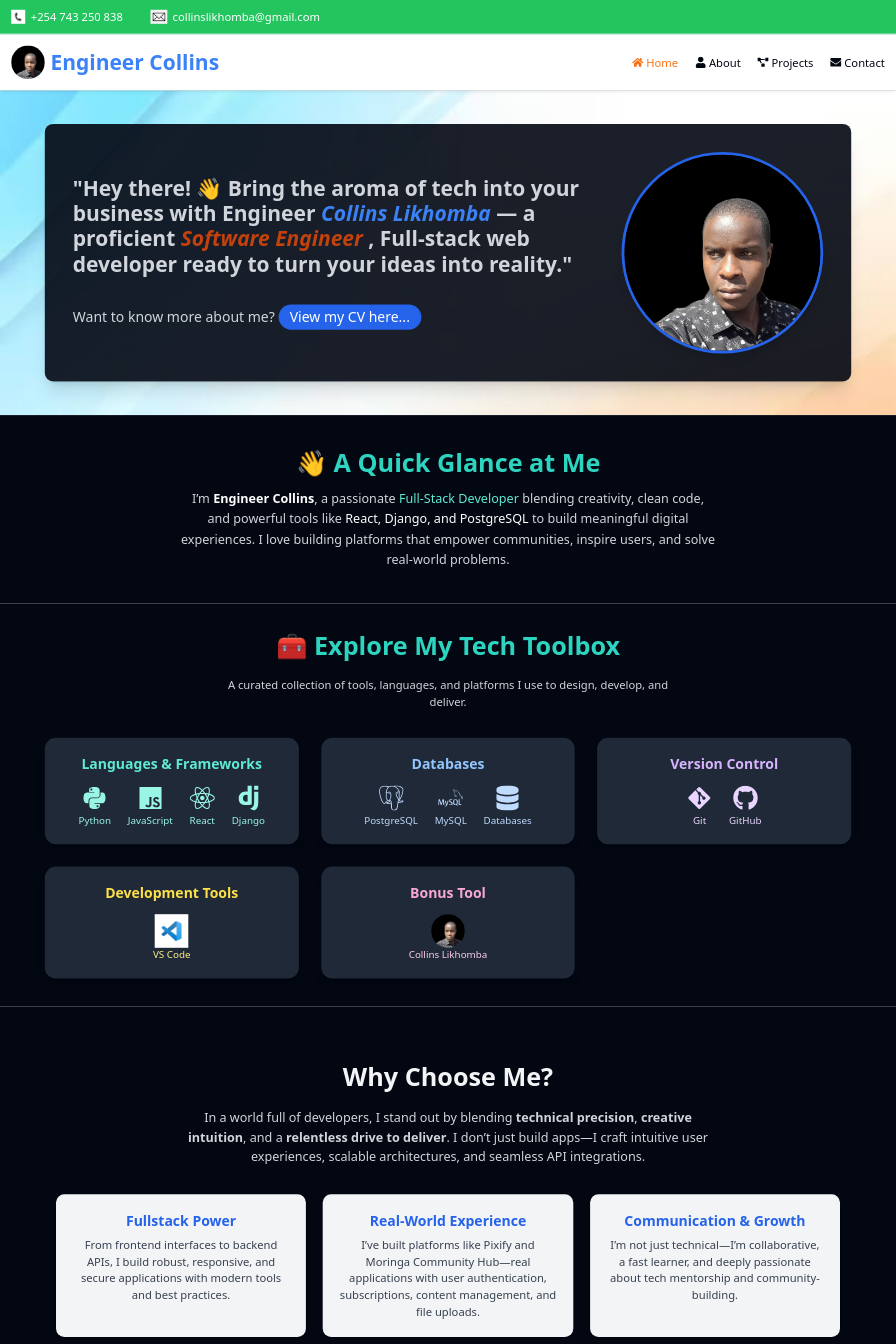
Repository: Engineer-collo/Portfolio
Page: /
An editor plug-in stored every save of this project. The page is shown before and after the next save, followed by the edit.
The browser window is 1280 px wide. The pictures show the part of the page from y = 0 to 1920 px (the page is 2586 px tall), at 70% of full size.
The project was rebuilt for these pictures with package versions that can differ from the ones it lists, and the page was loaded fresh each time. Also part of the build but not shown: vite.config.js, src/pages/About.jsx, src/pages/Projects.jsx, src/pages/Contact.jsx, src/pages/Blog.jsx, src/pages/Skills.jsx.

Above is the page before, as saved 2025-06-10 20:06:46.

### index.html
<!DOCTYPE html>
<html lang="en">
<head>
  <meta charset="UTF-8">
  <meta name="viewport" content="width=device-width, initial-scale=1.0">
  <title>Portfolio</title>
</head>
<body class="bg-gray-100">
  <div id="root"></div>
  <script type="module" src="/src/main.jsx"></script>
</body>
</html>

### src/main.jsx
import React from 'react'
import ReactDOM from 'react-dom/client'
import './index.css'
import App from './App'

ReactDOM.createRoot(document.getElementById('root')).render(
  <React.StrictMode>
    <App />
  </React.StrictMode>,
)

### src/App.jsx
import { BrowserRouter as Router, Route, Routes } from "react-router-dom";
import HomePage from "./pages/HomePage";
import About from "./pages/About";
import Project from "./pages/Projects";
import Contact from "./pages/Contact";
import Blog from "./pages/Blog";
import Skills from "./pages/Skills";

function App() {
  return (
    <Router>

      <Routes>
        <Route path="/" element={<HomePage />} />
        <Route path="/about" element={<About />} />
        <Route path="/projects" element={<Project />} />
        <Route path="/contact" element={<Contact />} />
        <Route path="/skills" element={<Skills />} />
        <Route path="/blog" element={<Blog />} />


      </Routes>
    </Router>
  );
}

export default App;

### src/pages/HomePage.jsx
import React from 'react';
import Navbar from '../components/Navbar';
import Footer from './Footer';
import TechStackToolbox from './TechStackToolbox';
import Testimonials from './Testimonials';
import AboutMeSummary from './AboutMeSummary';

const HomePage = () => {
  return (
    <div className="text-gray-800 font-sans min-h-screen flex flex-col">
      {/* Navbar */}
      <header className="bg-gray-900 text-white shadow">
        <Navbar />
      </header>

      {/* Hero Section */}
      <section
        className="pt-12 pb-12 flex-grow flex justify-center items-center px-4
                   bg-[url('/bg.png')] bg-cover bg-center bg-no-repeat"
      >
        <div className="flex flex-col md:flex-row items-center
                        text-center md:text-left gap-10
                        bg-gray-950 bg-opacity-90 p-6 md:p-10 rounded-xl shadow-xl
                        max-w-6xl w-full">
          {/* Text Side */}
          <div className="flex-1">
            <h1 className="text-gray-300 font-bold text-3xl">
              "Hey there! 👋 Bring the aroma of tech into your business with Engineer{" "}
              <span>
                <i className="text-blue-500"><strong>Collins Likhomba</strong></i>
              </span>{" "}
              — a proficient               <span>
                <i className="text-orange-700"><strong>Software Engineer</strong></i>
              </span>{" "}
 , Full-stack web developer ready to turn your ideas into reality."
            </h1>
            <p className="text-xl pt-6 text-gray-300">
              Want to know more about me?&nbsp;
              <a
                href="https://my-cv-henna-beta.vercel.app/"
                className="mt-4 inline-block bg-blue-600 text-white px-4 py-1 rounded-full hover:bg-blue-700 transition"
                target="_blank"
                rel="noopener noreferrer"
              >
                View my CV here...
              </a>
            </p>
          </div>

          {/* Image Side */}
          <div className="flex-shrink-0 w-52 h-52 sm:w-72 sm:h-72 rounded-full border-4 border-blue-600 shadow-lg overflow-hidden">
            <img
              src="/picture.png"
              alt="Profile"
              className="w-full h-full object-cover"
            />
          </div>
        </div>
      </section>

      <AboutMeSummary />
      <TechStackToolbox />

      {/* Why Choose Me Section */}
      <section className="bg-gray-950 py-20 px-6 md:px-20 text-center">
        <h2 className="text-4xl font-bold text-gray-100 mb-6">Why Choose Me?</h2>
        <p className="max-w-3xl mx-auto text-gray-300 text-lg mb-10">
          In a world full of developers, I stand out by blending{" "}
          <strong>technical precision</strong>, <strong>creative intuition</strong>, and a{" "}
          <strong>relentless drive to deliver</strong>. I don’t just build apps—I craft{" "}
          intuitive user experiences, scalable architectures, and seamless API integrations.
        </p>
        <div className="grid md:grid-cols-3 gap-6 max-w-6xl mx-auto">
          <div className="bg-gray-100 p-6 rounded-xl shadow hover:shadow-lg transition">
            <h3 className="text-xl font-semibold mb-2 text-blue-600">Fullstack Power</h3>
            <p className="text-gray-700">
              From frontend interfaces to backend APIs, I build robust, responsive, and secure applications
              with modern tools and best practices.
            </p>
          </div>
          <div className="bg-gray-100 p-6 rounded-xl shadow hover:shadow-lg transition">
            <h3 className="text-xl font-semibold mb-2 text-blue-600">Real-World Experience</h3>
            <p className="text-gray-700">
              I’ve built platforms like Pixify and Moringa Community Hub—real applications with user authentication,
              subscriptions, content management, and file uploads.
            </p>
          </div>
          <div className="bg-gray-100 p-6 rounded-xl shadow hover:shadow-lg transition">
            <h3 className="text-xl font-semibold mb-2 text-blue-600">Communication & Growth</h3>
            <p className="text-gray-700">
              I’m not just technical—I’m collaborative, a fast learner, and deeply passionate about tech mentorship
              and community-building.
            </p>
          </div>
        </div>
      </section>

      <Testimonials />

      {/* Footer */}
      <footer className="bg-gray-900 text-white text-center py-6 mt-auto">
        <Footer />
      </footer>
    </div>
  );
};

export default HomePage;

### src/components/Navbar.jsx
import React, { useState, useEffect } from 'react';
import { Link } from 'react-router-dom';
import { FaBars, FaTimes, FaUser, FaProjectDiagram, FaEnvelope, FaHome } from 'react-icons/fa';

const Navbar = () => {
  const [isOpen, setIsOpen] = useState(false);
  const toggleMenu = () => setIsOpen(!isOpen);

  useEffect(() => {
    document.body.style.overflow = isOpen ? 'hidden' : 'auto';
  }, [isOpen]);

  return (
    <header className="bg-white shadow-md relative z-50">
      {/* Top Contact Info */}
      <div className="bg-green-500 text-sm md:text-base py-3 px-4 flex flex-wrap items-center gap-4 md:gap-10 border-b border-gray-200">
        <div className="flex items-center gap-2">
          <img
            className="h-5 transition-transform duration-300 transform hover:scale-110"
            src="/call.png"
            alt="Call Icon"
          />
          <a
            target="_blank"
            rel="noopener noreferrer"
            href="tel:+254743250838"
            className="text-white hover:underline"
          >
            +254 743 250 838
          </a>
        </div>
        <div className="flex items-center gap-2">
          <img
            className="h-5 transition-transform duration-300 transform hover:scale-110"
            src="/email.png"
            alt="Email Icon"
          />
          <a
            target="_blank"
            rel="noopener noreferrer"
            href="mailto:collinslikhomba@gmail.com"
            className="text-white hover:underline"
          >
            collinslikhomba@gmail.com
          </a>
        </div>
      </div>

      {/* Main Navigation */}
      <div className="max-w-7xl mx-auto px-4 py-4 flex justify-between items-center">
        {/* Logo and Name */}
        <div className="flex items-center space-x-2">
          <img
            className="h-12 w-12 rounded-full object-cover transition-transform duration-300 transform hover:scale-110"
            src="picture.png"
            alt="Profile"
            loading="lazy"
          />
          <h1 className="text-2xl md:text-3xl font-bold text-gray-950">
            <Link to="/" className="hover:text-blue-500 transition">
              <span className="text-blue-500">Engineer Collins</span>
            </Link>
          </h1>
        </div>

        {/* Desktop nav */}
        <nav className="space-x-6 hidden md:flex text-gray-950 font-medium">
          <Link to="/" className="flex items-center gap-1 hover:text-blue-500 transition text-orange-500"><FaHome /> Home</Link>
          <Link to="/about" className="flex items-center gap-1 hover:text-blue-500 transition"><FaUser /> About</Link>
          <Link to="/projects" className="flex items-center gap-1 hover:text-blue-500 transition"><FaProjectDiagram /> Projects</Link>
          <Link to="/contact" className="flex items-center gap-1 hover:text-blue-500 transition"><FaEnvelope /> Contact</Link>
        </nav>

        {/* Mobile menu toggle */}
        <div className="md:hidden">
          <button onClick={toggleMenu} aria-label="Toggle menu" className="text-gray-950 focus:outline-none">
            {isOpen ? <FaTimes className="h-6 w-6" /> : <FaBars className="h-6 w-6" />}
          </button>
        </div>
      </div>

      {/* Mobile nav links */}
      {isOpen && (
        <div className="fixed top-0 left-0 h-screen w-3/4 bg-gray-950 z-50 shadow-lg px-6 py-8 md:hidden transition-all">
          <button onClick={toggleMenu} aria-label="Close menu" className="absolute top-4 right-4 text-white">
            <FaTimes className="h-6 w-6" />
          </button>
          <nav className="space-y-6 mt-10 text-white text-lg">
            <Link to="/" onClick={toggleMenu} className="flex items-center gap-2 hover:text-blue-500"><FaHome /> Home</Link>
            <Link to="/about" onClick={toggleMenu} className="flex items-center gap-2 hover:text-blue-500"><FaUser /> About</Link>
            <Link to="/projects" onClick={toggleMenu} className="flex items-center gap-2 hover:text-blue-500"><FaProjectDiagram /> Projects</Link>
            <Link to="/contact" onClick={toggleMenu} className="flex items-center gap-2 hover:text-blue-500"><FaEnvelope /> Contact</Link>
          </nav>
        </div>
      )}
    </header>
  );
};

export default Navbar;

### src/pages/Footer.jsx
import React from 'react';
import { FaGithub, FaLinkedin, FaTwitter, FaEnvelope } from 'react-icons/fa';

const Footer = () => {
  return (
    <footer className="bg-gray-900 text-gray-300 py-10">
      <div className="max-w-6xl mx-auto px-6 flex flex-col md:flex-row justify-between items-center space-y-6 md:space-y-0">

        {/* Logo or Name */}
        <div className="text-gray text-2xl font-bold tracking-wide">
          <strong><i>CollinsLikhomba</i></strong>
        </div>


        {/* Social Icons */}
        <div className="flex space-x-6 text-gray-400">
          <a
            href="https://github.com/Engineer-collo?tab=repositories"
            target="_blank"
            rel="noopener noreferrer"
            aria-label="GitHub"
            className="hover:text-white transition"
          >
            <FaGithub size={24} />
          </a>
          <a
            href="https://www.linkedin.com/in/collins-likhomba-7b364730a/"
            target="_blank"
            rel="noopener noreferrer"
            aria-label="LinkedIn"
            className="hover:text-blue-600 transition"
          >
            <FaLinkedin size={24} />
          </a>
          <a
            href="https://x.com/CollinsLikhomba"
            target="_blank"
            rel="noopener noreferrer"
            aria-label="Twitter"
            className="hover:text-blue-400 transition"
          >
            <FaTwitter size={24} />
          </a>
          <a
            href="mailto:collinslikhomba@gmail.com"
            aria-label="Email"
            className="hover:text-red-500 transition"
            target='_blank'
          >
            <FaEnvelope size={24} />
          </a>
        </div>
      </div>

      {/* Bottom copyright */}
      <div className="text-center text-gray-600 text-sm mt-8">
        &copy; {new Date().getFullYear()} Collins Likhomba. All rights reserved.
      </div>
    </footer>
  );
};

export default Footer;

### src/pages/TechStackToolbox.jsx
import {
    FaPython,
    FaJs,
    FaReact,
    FaGitAlt,
    FaGithub,
    FaDatabase,
  } from "react-icons/fa";
  import {
    SiDjango,
    SiPostgresql,
    SiMysql,

  } from "react-icons/si";

  export default function TechStackToolbox() {
    return (
      <div className="bg-gray-950 text-white py-10 px-6 md:px-16">
        <h2 className="text-3xl md:text-4xl font-bold mb-6 text-center text-teal-400">
          🧰 Explore My Tech Toolbox
        </h2>
        <p className="text-center mb-10 text-gray-300 max-w-2xl mx-auto">
          A curated collection of tools, languages, and platforms I use to design,
          develop, and deliver.
        </p>

        <div className="grid grid-cols-1 md:grid-cols-2 lg:grid-cols-3 gap-8 text-center">

          {/* Languages & Frameworks */}
          <div className="bg-gray-800 rounded-2xl p-6 shadow-lg hover:shadow-teal-500/30 transition">
            <h3 className="text-xl font-semibold mb-4 text-teal-300">
              Languages & Frameworks
            </h3>
            <div className="flex justify-center gap-6 text-teal-200">
              <div className="flex flex-col items-center text-sm">
                <FaPython className="text-4xl mb-1" />
                <span>Python</span>
              </div>
              <div className="flex flex-col items-center text-sm">
                <FaJs className="text-4xl mb-1" />
                <span>JavaScript</span>
              </div>
              <div className="flex flex-col items-center text-sm">
                <FaReact className="text-4xl mb-1" />
                <span>React</span>
              </div>
              <div className="flex flex-col items-center text-sm">
                <SiDjango className="text-4xl mb-1" />
                <span>Django</span>
              </div>
            </div>
          </div>

          {/* Databases */}
          <div className="bg-gray-800 rounded-2xl p-6 shadow-lg hover:shadow-blue-500/30 transition">
            <h3 className="text-xl font-semibold mb-4 text-blue-300">Databases</h3>
            <div className="flex justify-center gap-6 text-blue-200">
              <div className="flex flex-col items-center text-sm">
                <SiPostgresql className="text-4xl mb-1" />
                <span>PostgreSQL</span>
              </div>
              <div className="flex flex-col items-center text-sm">
                <SiMysql className="text-4xl mb-1" />
                <span>MySQL</span>
              </div>
              <div className="flex flex-col items-center text-sm">
                <FaDatabase className="text-4xl mb-1" />
                <span>Databases</span>
              </div>
            </div>
          </div>

          {/* Version Control */}
          <div className="bg-gray-800 rounded-2xl p-6 shadow-lg hover:shadow-purple-500/30 transition">
            <h3 className="text-xl font-semibold mb-4 text-purple-300">
              Version Control
            </h3>
            <div className="flex justify-center gap-6 text-purple-200">
              <div className="flex flex-col items-center text-sm">
                <FaGitAlt className="text-4xl mb-1" />
                <span>Git</span>
              </div>
              <div className="flex flex-col items-center text-sm">
                <FaGithub className="text-4xl mb-1" />
                <span>GitHub</span>
              </div>
            </div>
          </div>

          {/* Development Tools */}
          <div className="bg-gray-800 rounded-2xl p-6 shadow-lg hover:shadow-yellow-500/30 transition">
            <h3 className="text-xl font-semibold mb-4 text-yellow-300">
              Development Tools
            </h3>
            <div className="flex justify-center gap-6 text-yellow-200">
              <div className="flex flex-col items-center text-sm">
                <img className="h-12" src="/vscode.png" alt="Vscode icon" />
                <span>VS Code</span>
              </div>
            </div>
          </div>

          {/* Bonus Tool */}
          <div className="bg-gray-800 rounded-2xl p-6 shadow-lg hover:shadow-pink-500/30 transition">
            <h3 className="text-xl font-semibold mb-4 text-pink-300">Bonus Tool</h3>
            <div className="flex justify-center gap-6 text-pink-200">
              <div className="flex flex-col items-center text-sm">
                <img
                  className="h-12 w-12 rounded-full object-cover"
                  src="picture.png"
                  alt="Profile"
                />
                <span>Collins Likhomba</span>
              </div>
            </div>
          </div>

        </div>
      </div>
    );
  }

### src/pages/Testimonials.jsx
export default function Testimonials() {
    const testimonials = [
      {
        name: "Christine M.",
        content: "Working with Collins was a game-changer! His expertise in React and backend integration is unmatched.",
        profile_pic: "https://randomuser.me/api/portraits/women/68.jpg",
      },
      {
        name: "Lesile K.",
        content: "Collins is a team player and a tech visionary. He delivered our project ahead of schedule with superb quality.",
        profile_pic: "https://randomuser.me/api/portraits/men/45.jpg",
      },
      {
        name: "Joy A.",
        content: "He doesn't just write code—he solves real problems. A true full-stack craftsman!",
        profile_pic: "https://randomuser.me/api/portraits/women/22.jpg",
      },
    ];

    return (
      <div className="bg-gray-950 text-white py-14 px-6 md:px-20">
        <h2 className="text-3xl md:text-4xl font-bold mb-10 text-center text-teal-400">
          💬 What People Are Saying
        </h2>

        <div className="grid grid-cols-1 md:grid-cols-2 lg:grid-cols-3 gap-8">
          {testimonials.map((testimonial, index) => (
            <div
              key={index}
              className="bg-gray-800 p-6 rounded-2xl shadow-lg hover:shadow-teal-500/30 transition transform hover:-translate-y-1 duration-300"
            >
              <div className="flex items-center gap-4 mb-4">
                <img
                  src={testimonial.profile_pic}
                  alt={testimonial.name}
                  className="w-14 h-14 rounded-full border-2 border-teal-400 object-cover"
                />
                <div>
                  <h4 className="text-lg font-semibold text-teal-300">{testimonial.name}</h4>
                </div>
              </div>
              <p className="text-gray-300 italic">"{testimonial.content}"</p>
            </div>
          ))}
        </div>
      </div>
    );
  }

### src/pages/AboutMeSummary.jsx
import React from 'react';

export default function AboutMeSummary() {
  return (
    <section className="bg-gray-950 text-white py-12 px-6 md:px-20 text-center">
      <div className="max-w-3xl mx-auto">
        <h2 className="text-3xl md:text-4xl font-bold text-teal-400 mb-4">
          👋 A Quick Glance at Me
        </h2>
        <p className="text-gray-300 text-lg leading-relaxed">
          I’m <span className="text-white font-semibold">Engineer Collins</span>, a passionate
          <span className="text-teal-300 font-medium"> Full-Stack Developer</span> blending creativity,
          clean code, and powerful tools like
          <span className="text-white font-medium"> React, Django, and PostgreSQL</span> to build
          meaningful digital experiences. I love building platforms that empower communities, inspire users,
          and solve real-world problems.
        </p>
      </div>
    </section>
  );
}

Loaded but not shown: src/index.css (common file); tailwind.config.js (common file)

After the next save:
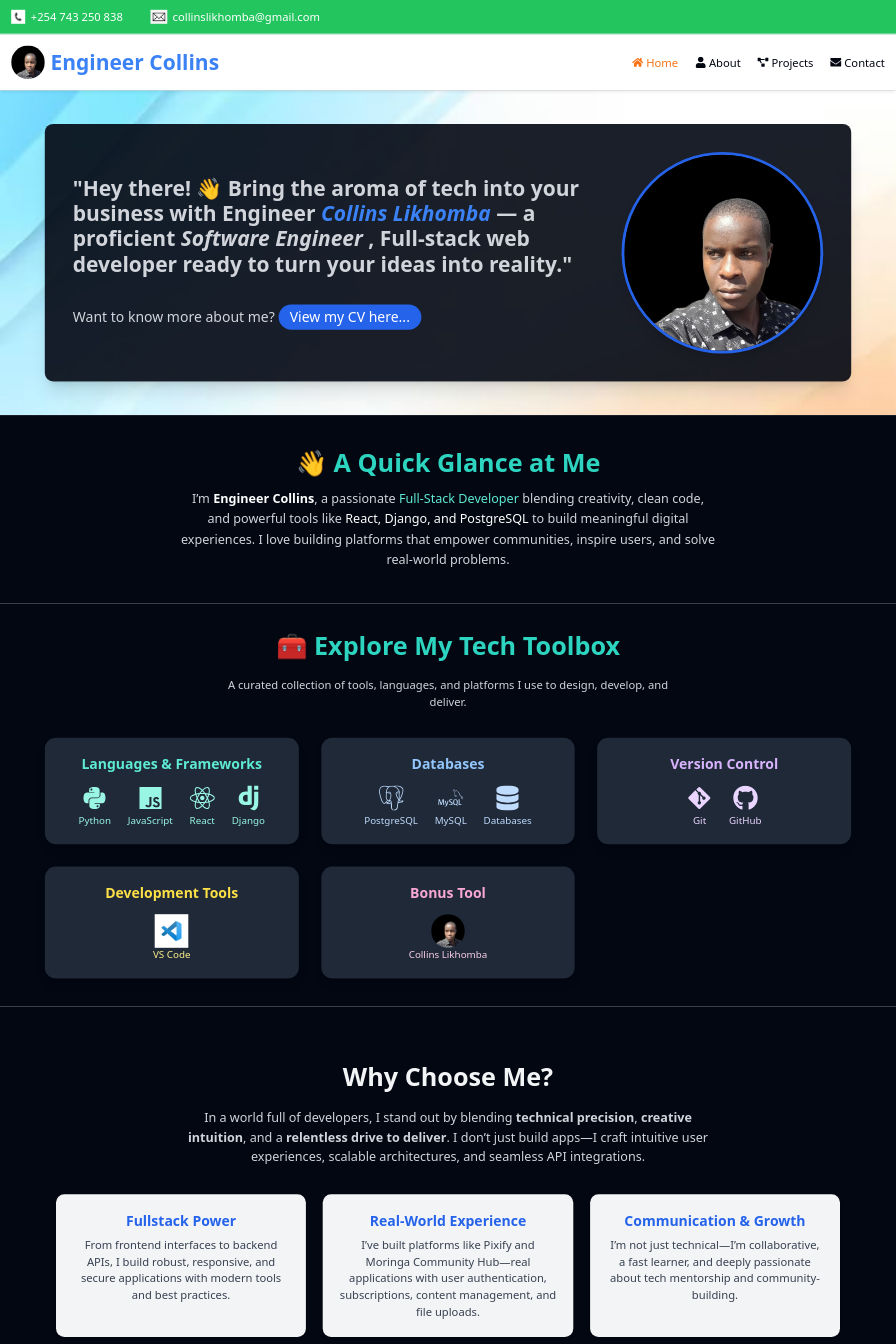
Saved 23 s later.
--- a/src/pages/HomePage.jsx
+++ b/src/pages/HomePage.jsx
@@ -30,7 +30,7 @@ const HomePage = () => {
                 <i className="text-blue-500"><strong>Collins Likhomba</strong></i>
               </span>{" "}
               — a proficient               <span>
-                <i className="text-orange-700"><strong>Software Engineer</strong></i>
+                <i className="text-"><strong>Software Engineer</strong></i>
               </span>{" "}
  , Full-stack web developer ready to turn your ideas into reality."
             </h1>
